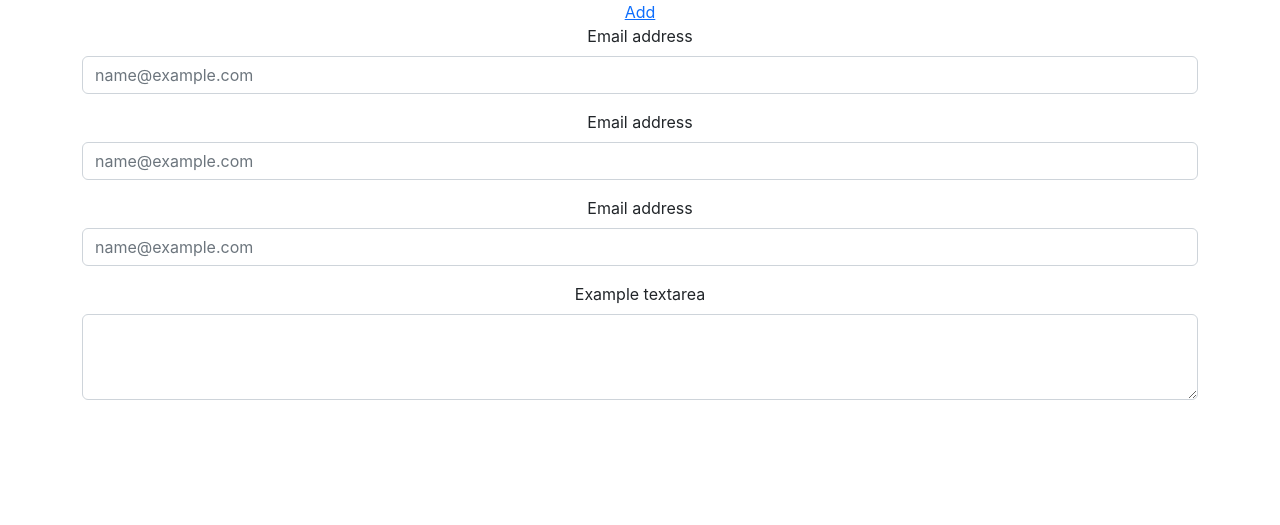
Repository: MagdyAbouelnasr/scandiweb_project
Page: /addproduct
An editor plug-in stored every save of this project. The page is shown before and after the next save, followed by the edit.
The browser window is 1280 px wide. The pictures show the whole page.
The project was rebuilt for these pictures with package versions that can differ from the ones it lists, and the page was loaded fresh each time. Also part of the build but not shown: src/components/Prouct-style.scss, src/components/Product.css, src/components/ProductList.js.

Above is the page before, as saved 2023-05-04 12:26:45.

### public/index.html
<!DOCTYPE html>
<html lang="en">
  <head>
    <meta charset="utf-8" />
    <link rel="icon" href="%PUBLIC_URL%/favicon.ico" />
    <meta name="viewport" content="width=device-width, initial-scale=1" />
    <meta name="theme-color" content="#000000" />
    <meta
      name="description"
      content="Web site created using create-react-app"
    />
    <link rel="apple-touch-icon" href="%PUBLIC_URL%/logo192.png" />
    <!--
      manifest.json provides metadata used when your web app is installed on a
      user's mobile device or desktop. See https://developers.google.com/web/fundamentals/web-app-manifest/
    -->
    <link rel="manifest" href="%PUBLIC_URL%/manifest.json" />
    <!--
      Notice the use of %PUBLIC_URL% in the tags above.
      It will be replaced with the URL of the `public` folder during the build.
      Only files inside the `public` folder can be referenced from the HTML.

      Unlike "/favicon.ico" or "favicon.ico", "%PUBLIC_URL%/favicon.ico" will
      work correctly both with client-side routing and a non-root public URL.
      Learn how to configure a non-root public URL by running `npm run build`.
    -->
    <title>React App</title>
    <link
  rel="stylesheet"
  href="https://cdn.jsdelivr.net/npm/bootstrap@5.2.3/dist/css/bootstrap.min.css"
  integrity="sha384-rbsA2VBKQhggwzxH7pPCaAqO46MgnOM80zW1RWuH61DGLwZJEdK2Kadq2F9CUG65"
  crossorigin="anonymous"
/>
  </head>
  <body>
    <noscript>You need to enable JavaScript to run this app.</noscript>
    <div id="root"></div>
    <!--
      This HTML file is a template.
      If you open it directly in the browser, you will see an empty page.

      You can add webfonts, meta tags, or analytics to this file.
      The build step will place the bundled scripts into the <body> tag.

      To begin the development, run `npm start` or `yarn start`.
      To create a production bundle, use `npm run build` or `yarn build`.
    -->
  </body>
</html>

### src/index.scss
$background-default: #D5D5D5;


body {
  margin: 0;
  font-family: -apple-system, BlinkMacSystemFont, 'Segoe UI', 'Roboto', 'Oxygen',
    'Ubuntu', 'Cantarell', 'Fira Sans', 'Droid Sans', 'Helvetica Neue',
    sans-serif;
  -webkit-font-smoothing: antialiased;
  -moz-osx-font-smoothing: grayscale;
}

code {
  font-family: source-code-pro, Menlo, Monaco, Consolas, 'Courier New',
    monospace;
}

### src/App.js
import { BrowserRouter, Routes, Route, Link } from 'react-router-dom';
import './App.css';
import ProductList from './components/ProductList';
import ProductAdd from './components/ProductAdd';

function App() {
  return (

    <div className="container">
    <div className="App">

    <BrowserRouter>

            <Link to="addproduct">Add</Link>

      <Routes>
        <Route index element={<ProductList />} />
        <Route path="addproduct" element={<ProductAdd />} />
      </Routes>
    </BrowserRouter>
    </div>
    </div>
  );
}

export default App;

### src/App.css
.App {
  text-align: center;
}

nav ul {
  list-style: none;
}

nav ul li {
  display: inline-block;
  padding: 10px;
}

### src/components/ProductAdd.js
import Form from 'react-bootstrap/Form';

function ProductAdd() {
  return (
    <Form>
      <Form.Group className="mb-3" controlId="exampleForm.ControlInput1">
        <Form.Label>Email address</Form.Label>
        <Form.Control type="email" placeholder="name@example.com" />
      </Form.Group>
      <Form.Group className="mb-3" controlId="exampleForm.ControlInput1">
        <Form.Label>Email address</Form.Label>
        <Form.Control type="email" placeholder="name@example.com" />
      </Form.Group>
      <Form.Group className="mb-3" controlId="exampleForm.ControlInput1">
        <Form.Label>Email address</Form.Label>
        <Form.Control type="email" placeholder="name@example.com" />
      </Form.Group>
      <Form.Group className="mb-3" controlId="exampleForm.ControlTextarea1">
        <Form.Label>Example textarea</Form.Label>
        <Form.Control as="textarea" rows={3} />
      </Form.Group>
    </Form>
  );
}

export default ProductAdd;

### src/components/Product.js
// import Card from 'react-bootstrap/Card';
// import Form from 'react-bootstrap/Form';
// function Product({sku , name , price , type, typeValue}) {
//   return (
//     <Card style={{ width: '18rem' }}>
//       <Card.Body >
//         <button type="checkbox" className='delete-checkbox'></button>
//         <Card.Title>{sku}</Card.Title>
//         <Card.Title>{name}</Card.Title>
//         <Card.Title>{price}$</Card.Title>
//         <Card.Title>{type} : {typeValue}</Card.Title>
//       </Card.Body>
//     </Card>
//   );
// }

// export default Product;

import './Prouct-style.scss'
import './Product.css'
import * as React from 'react';
import Box from '@mui/material/Box';
import Card from '@mui/material/Card';
import CardActions from '@mui/material/CardActions';
import CardContent from '@mui/material/CardContent';
// import Button from '@mui/material/Button';
import Typography from '@mui/material/Typography';
import IconButton from '@mui/material/IconButton';
import CropSquareIcon from '@mui/icons-material/CropSquare';
// import Checkbox from '@mui/material/Checkbox';
const bull = (
  <Box
    component="span"
    sx={{ display: 'inline-block', mx: '2px', transform: 'scale(0.8)' }}
  >
    •
  </Box>
);

const label = { inputProps: { 'aria-label': 'Checkbox demo' } };

const card = (
  <>
    <CardContent>

    <CardActions>
        <IconButton aria-label="add to favorites" className="delete-checkbox">
        <CropSquareIcon />
      </IconButton>

        </CardActions>
      <Typography sx={{ fontSize: 14 }} color="text.secondary" gutterBottom>
        Word of the Day
      </Typography>
      <Typography variant="h5" component="div">
        be{bull}nev{bull}o{bull}lent
      </Typography>
      <Typography sx={{ mb: 1.5 }} color="text.secondary">
        adjective
      </Typography>
      <Typography variant="body2">
        well meaning and kindly.
        <br />
        {'"a benevolent smile"'}
      </Typography>
    </CardContent>

  </>
);

export default function OutlinedCard() {
  return (
    <Box sx={{ minWidth: 275 }}>
      <Card variant="outlined">{card}</Card>
    </Box>
  );
}

Loaded but not shown: src/index.js (common file)

After the next save:
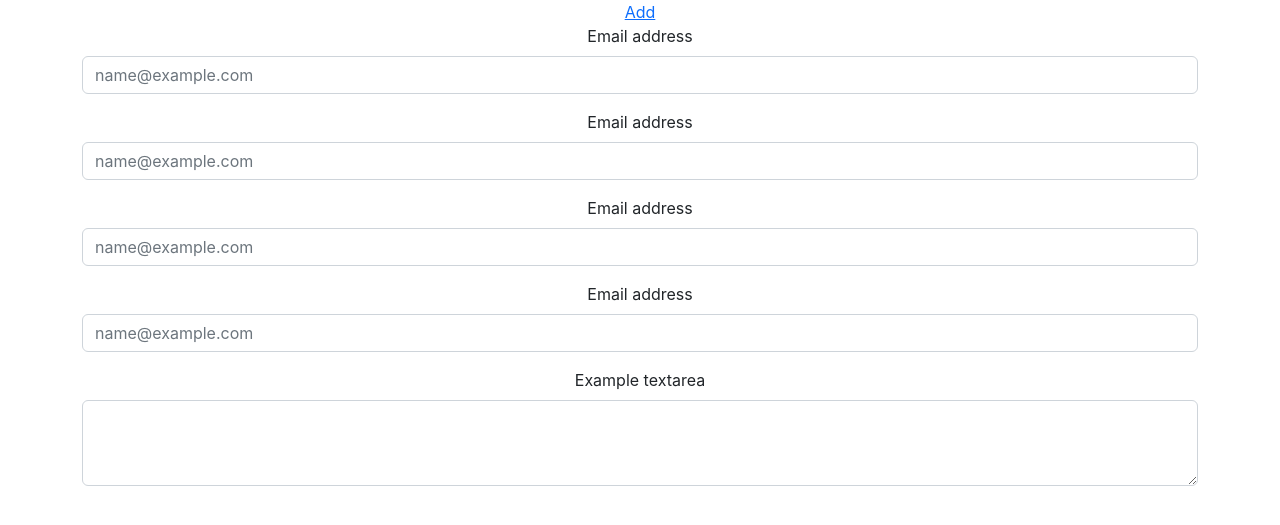
Saved 5 s later.
--- a/src/components/ProductAdd.js
+++ b/src/components/ProductAdd.js
@@ -3,6 +3,10 @@ import Form from 'react-bootstrap/Form';
 function ProductAdd() {
   return (
     <Form>
+      <Form.Group className="mb-3" controlId="exampleForm.ControlInput1">
+        <Form.Label>Email address</Form.Label>
+        <Form.Control type="email" placeholder="name@example.com" />
+      </Form.Group>
       <Form.Group className="mb-3" controlId="exampleForm.ControlInput1">
         <Form.Label>Email address</Form.Label>
         <Form.Control type="email" placeholder="name@example.com" />
